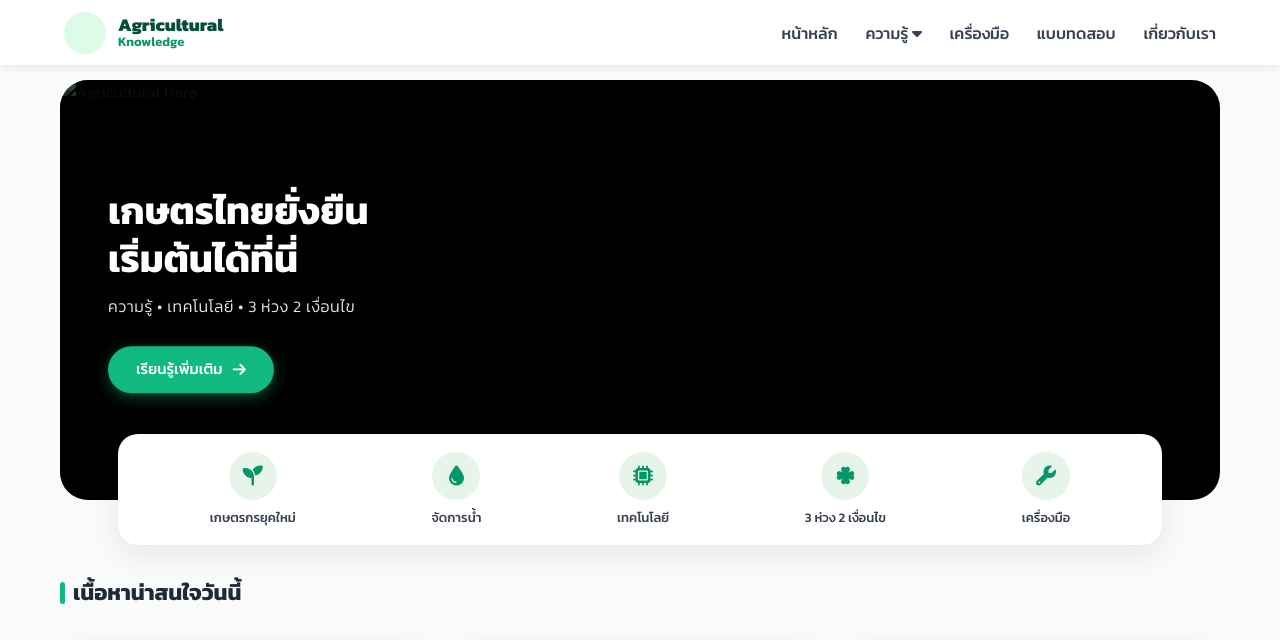
Repository: nuwat-wa/Project-WebdesignAG
Page: ag1.html
These files come from the project's save history. The page is drawn as it stood at one moment and after the next save; the edit follows.
The browser window is 1280 px wide. The pictures show the part of the page from y = 0 to 640 px (the page is 1482 px tall).
Pictures or frames that could not be fetched are drawn as grey boxes.

Above is the page before, as saved 2026-09-25 19:13:33.

After the next save:
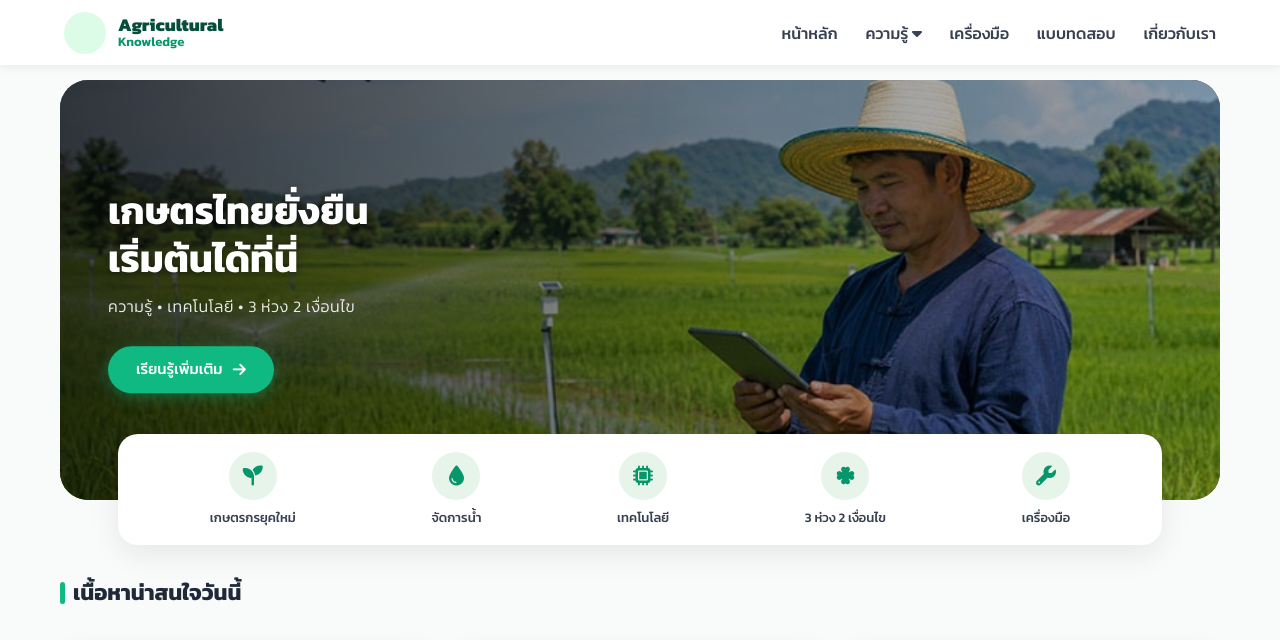
Saved 8 s later.
--- a/ag1.html
+++ b/ag1.html
@@ -42,7 +42,7 @@
       <!-- Hero Section -->
       <section class="hero-section">
         <div class="helo">
-          <img src="" alt="Agricultural Hero" />
+          <img src="img/aghero.jpg" alt="Agricultural Hero" />
           <div class="overlay"></div>
 
           <!-- Hero Overlay Content -->
